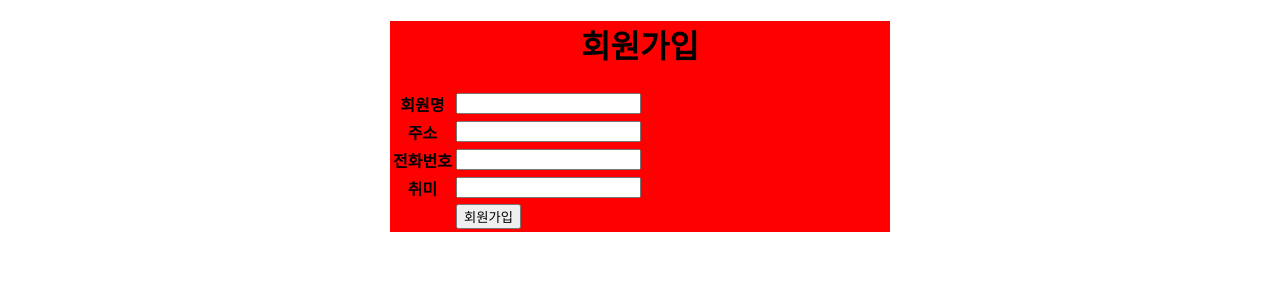
Repository: leeyujin21/jsp
Page: Hello/src/main/webapp/memReg.html
These files come from the project's save history. The page is drawn as it stood at one moment and after the next save; the edit follows.
The browser window is 1280 px wide. The pictures show the whole page.

Above is the page before, as saved 2023-09-19 05:25:15.

After the next save:
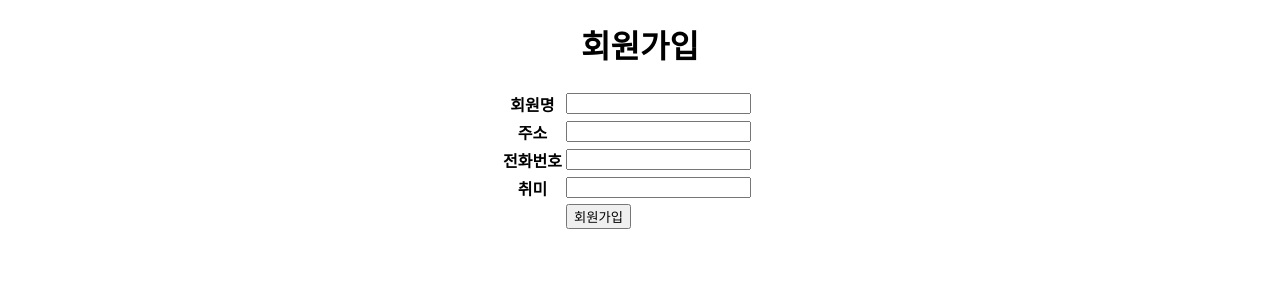
Saved 21 s later.
--- a/Hello/src/main/webapp/memReg.html
+++ b/Hello/src/main/webapp/memReg.html
@@ -6,10 +6,8 @@
 <style type="text/css">
 	body{margin: auto;}
 	div{
-		width: 500px;
-		background-color: red;
+		width: 280px;
 		margin: auto;
-		padding: auto;
 	}
 	h1{text-align: center;}
 </style>
